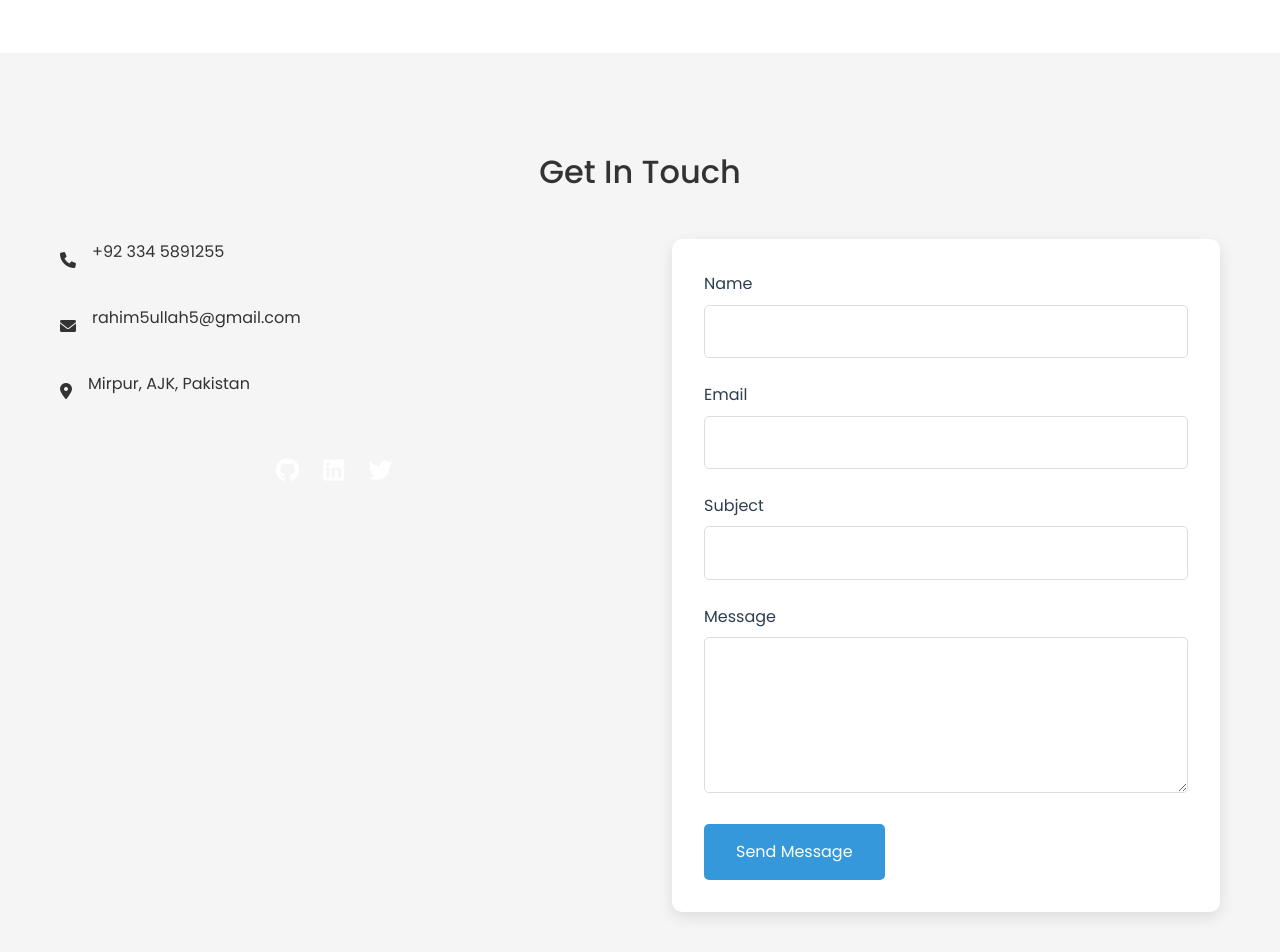
Repository: Rahim-Ullah/hexoforge-bootcamp
Page: phase-1-foundation/milestone-portfolio/index.html
The author's editor kept a copy of each file at every save. The page is drawn from the files as they stood at one save, then again after the next save.
The browser window is 1280 px wide. The pictures show the part of the page from y = 2384 to 3336 px (the page is 3502 px tall).
A picture or video elsewhere on the page could not be fetched, so the positions and the page height are approximate. Backgrounds fixed to the window are drawn as part of the page.

Above is the page before, as saved 2025-08-27 04:25:01.

After the next save:
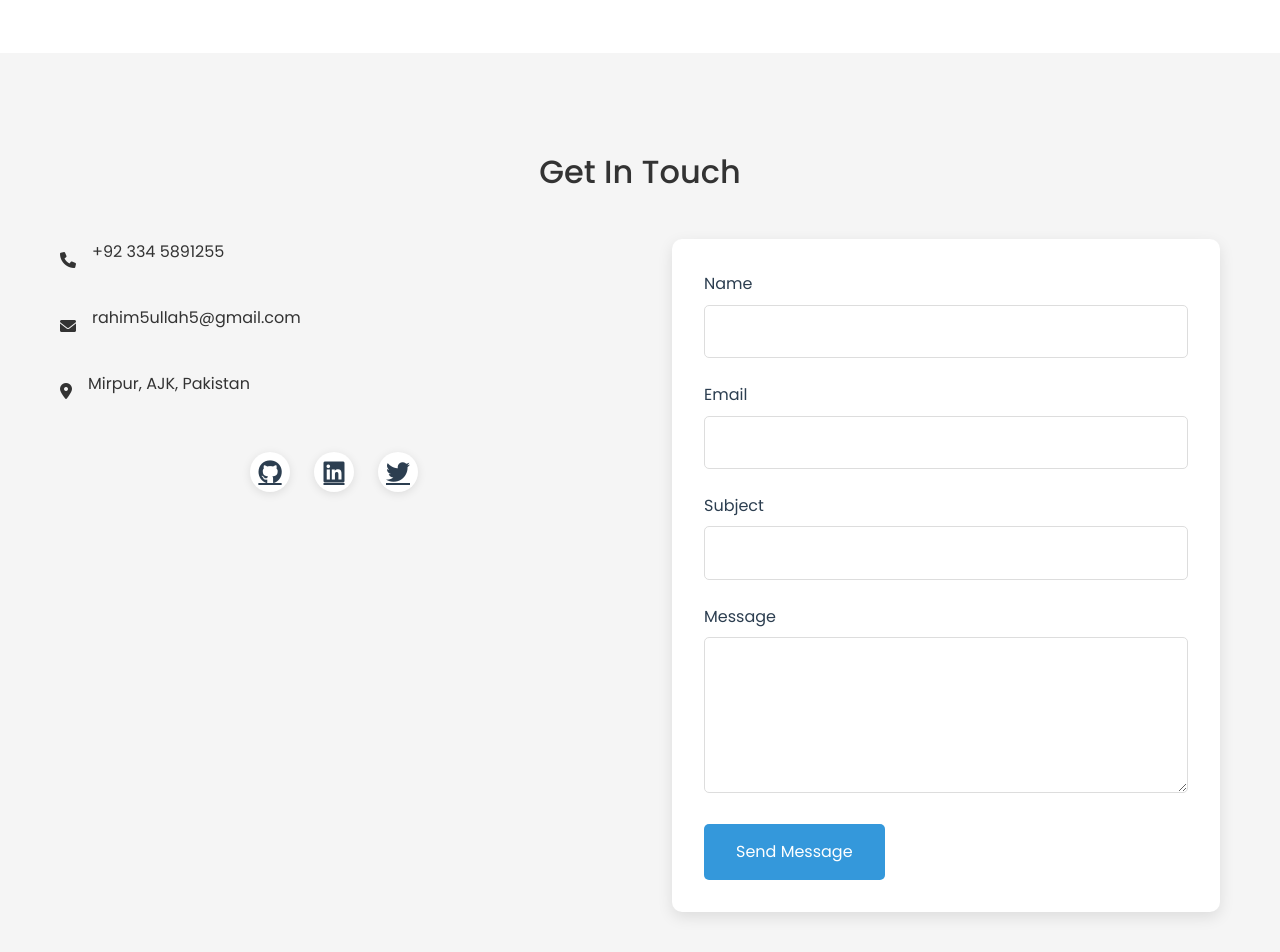
Saved 12 s later.
--- a/phase-1-foundation/milestone-portfolio/css/style.css
+++ b/phase-1-foundation/milestone-portfolio/css/style.css
@@ -339,13 +339,24 @@ body {
 }
 
 .social-links a {
+    color: var(--primary-color);
+    font-size: 1.5rem;
+    transition: var(--transition);
+    background: var(--white);
+    width: 40px;
+    height: 40px;
+    border-radius: 50%;
+    display: flex;
+    align-items: center;
+    justify-content: center;
+    box-shadow: 0 2px 10px rgba(0,0,0,0.1);
+}
+
+.social-links a:hover {
     color: var(--white);
-    font-size: 1.5rem;
-    transition: var(--transition);
-}
-
-.social-links a:hover {
-    color: var(--secondary-color);
+    background: var(--secondary-color);
+    transform: translateY(-3px);
+    box-shadow: 0 5px 15px rgba(52, 152, 219, 0.3);
 }
 
 /* Animations */
